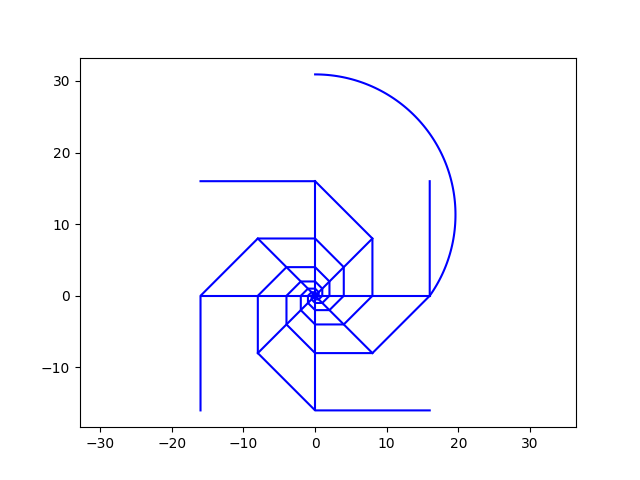
Repository: lbylzkx/Circle-Point-Manuscript
Script's output: python 卍.py
These files come from the project's save history. The script's output is drawn as it stood at one moment and after the next save; the edit follows.
Random numbers start from a fixed seed.

Above is the script's output before, as saved 2023-09-25 10:34:47.

After the next save:
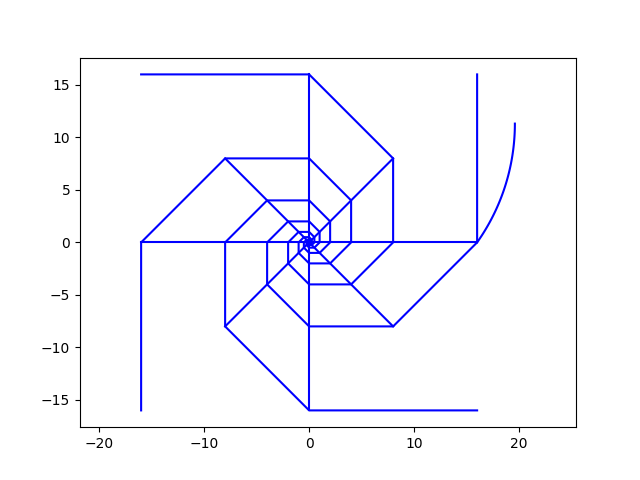
Saved 52 s later.
--- a/卍.py
+++ b/卍.py
@@ -51,7 +51,7 @@
 
 
 arc((x_position(7, 3*np.pi/4), y_position(7, 3*np.pi/4)),
-    (x_position(8), y_position(8)), (x_position(9, np.pi/4), y_position(9, np.pi/4)),)
+    (x_position(8), y_position(8)), (x_position(8, np.pi/4), y_position(8, np.pi/4)),)
 
 
 plt.axis('equal')

After the save that followed:
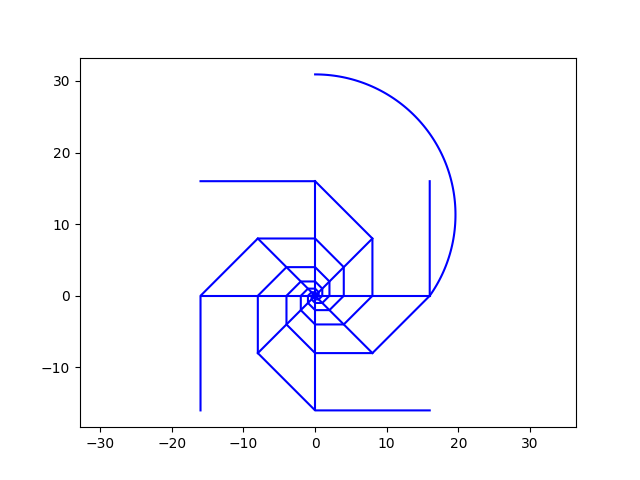
Saved 14 s later.
--- a/卍.py
+++ b/卍.py
@@ -51,7 +51,7 @@
 
 
 arc((x_position(7, 3*np.pi/4), y_position(7, 3*np.pi/4)),
-    (x_position(8), y_position(8)), (x_position(8, np.pi/4), y_position(8, np.pi/4)),)
+    (x_position(8), y_position(8)), (x_position(9, np.pi/4), y_position(9, np.pi/4)),)
 
 
 plt.axis('equal')
